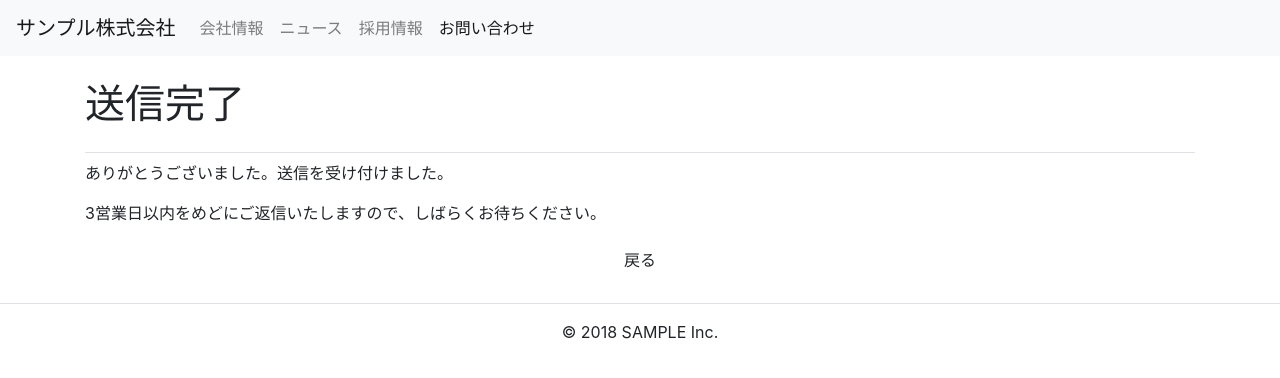
Repository: yoony212/frontend
Page: complete.html
The author's editor kept a record of every edit. The page is drawn from the files as they stood at one moment, then again after the next edit.
The browser window is 1280 px wide. The pictures show the whole page.
Some web libraries are served in a nearby version.

Above is the page before.

### complete.html
<!DOCTYPE html>
<html lang="ja">

<head>
    <meta charset="utf-8">
    <meta name="viewport" content="width=device-width, initial-scale=1, shrink-to-fit=no">

    <link rel="stylesheet" href="https://stackpath.bootstrapcdn.com/bootstrap/4.3.1/css/bootstrap.min.css">

    <title>送信完了 | サンプル株式会社</title>
</head>

<body>
    <header>
        <!-- 576px以上の画面幅のとき、メニューを表示する（それ未満なら折りたたむ）指定を追加 -->
        <nav class="navbar navbar-light bg-light navbar-expand-sm">
            <!-- 画面左上に表示するサイト名のリンクとして適切な表示をするための指定を追加 -->
            <a href="#" class="navbar-brand">サンプル株式会社</a>

            <button type="button" class="navbar-toggler" data-toggle="collapse" data-target="#nav-bar">
                <span class="navbar-toggler-icon"></span>
            </button>

            <div class="collapse navbar-collapse" id="nav-bar">
                <ul class="navbar-nav">
                    <li class="nav-item"><a href="#" class="nav-link">会社情報</a></li>
                    <li class="nav-item"><a href="#" class="nav-link">ニュース</a></li>
                    <li class="nav-item"><a href="#" class="nav-link">採用情報</a></li>
                    <!-- お問い合わせページを表示していることをわかりやすくする設定を追加 -->
                    <li class="nav-item"><a href="#" class="nav-link active">お問い合わせ</a></li>
                </ul>
            </div>
        </nav>
    </header>
    <div class="container">
        <h1 class="mt-4 pb-4 border-bottom">送信完了</h1>
        <p>ありがとうございました。送信を受け付けました。</p>
        <p>3営業日以内をめどにご返信いたしますので、しばらくお待ちください。</p>
        <div class="text-center mb-4">
            <!-- 「戻る」ボタンを緑色にする設定を追加 -->
            <a href="contact.html" class="btn">戻る</a>
        </div>
    </div>
    <footer class="text-center pt-3 border-top">
        &copy; 2018 SAMPLE Inc.
    </footer>

    <script src="https://code.jquery.com/jquery-3.3.1.min.js"></script>
    <script src="https://cdnjs.cloudflare.com/ajax/libs/popper.js/1.14.6/umd/popper.min.js"></script>
    <script src="https://stackpath.bootstrapcdn.com/bootstrap/4.3.1/js/bootstrap.min.js"></script>
    <script defer src="https://use.fontawesome.com/releases/v5.10.2/js/all.js"></script>
</body>

</html>

After the next edit:
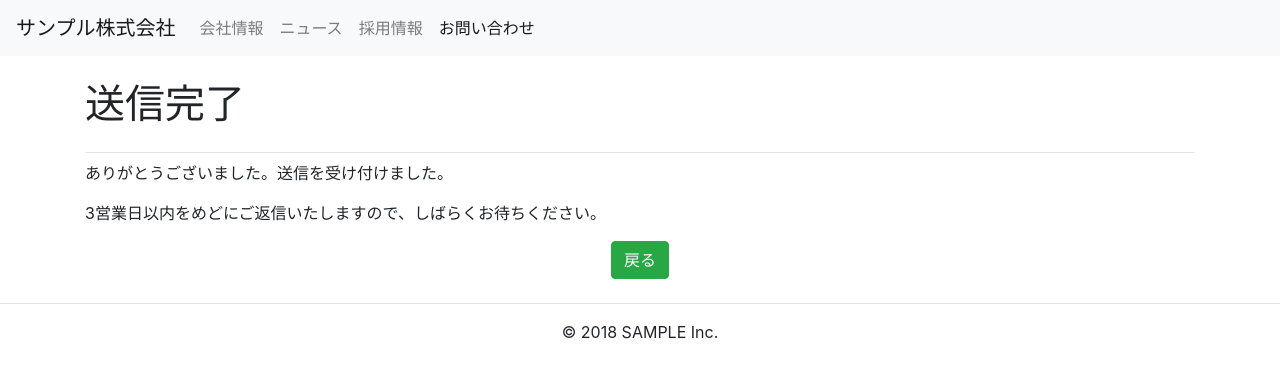
The edit:
--- a/complete.html
+++ b/complete.html
@@ -38,7 +38,7 @@
         <p>3営業日以内をめどにご返信いたしますので、しばらくお待ちください。</p>
         <div class="text-center mb-4">
             <!-- 「戻る」ボタンを緑色にする設定を追加 -->
-            <a href="contact.html" class="btn">戻る</a>
+            <a href="contact.html" class="btn btn-success">戻る</a>
         </div>
     </div>
     <footer class="text-center pt-3 border-top">
